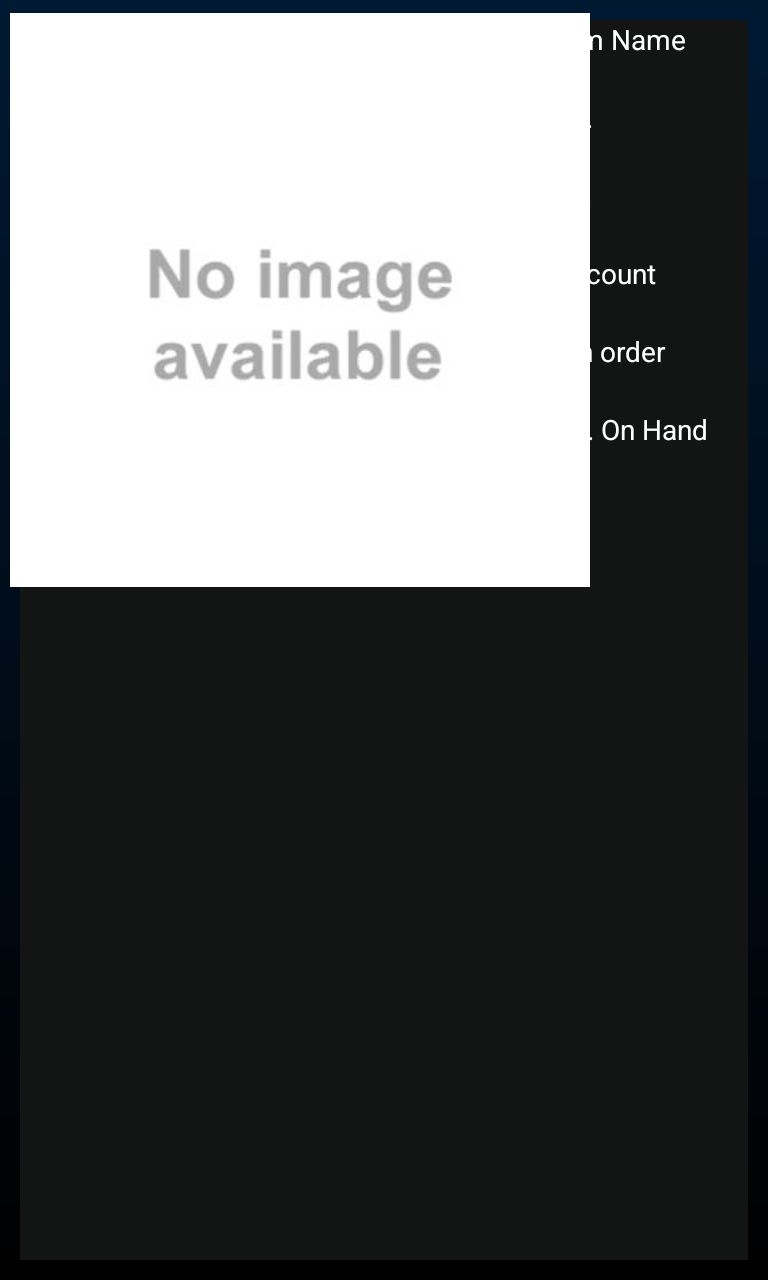
Repository: jasleen1291/B2BMobileApplication
Layout: Mobile E Commerce/B2B/res/layout/grid_item.xml
These files come from the project's save history. The layout is drawn as it stood at one moment and after the next save; the edit follows.
It is drawn on a 768 x 1280 px phone screen (xhdpi) without system bars, with theme mycustomtheme; the app's code is not run.

Above is the layout before, as saved 2013-05-24 08:45:29.

### Mobile E Commerce/B2B/res/layout/grid_item.xml
<?xml version="1.0" encoding="utf-8"?>
<RelativeLayout xmlns:android="http://schemas.android.com/apk/res/android"
    android:layout_width="match_parent"
    android:layout_height="match_parent"
    android:orientation="horizontal" >

    <ImageView
        android:id="@+id/imageView1"
        android:layout_width="300dp"
        android:layout_height="300dp"
        android:layout_gravity="left"
        android:contentDescription="@string/action_forgot_password"
        android:padding="5dp"
        android:src="@drawable/notavailable" />

    <TableLayout
        android:layout_width="wrap_content"
        android:layout_height="match_parent"
        android:layout_alignParentRight="true"
        android:layout_gravity="right"
        android:orientation="vertical"
        android:padding="0dp" >

        <TableRow
            android:id="@+id/TableRow4"
            android:layout_width="fill_parent"
            android:layout_height="wrap_content" >

            <TextView
                style="@style/titlebarstylesmall"
                android:layout_width="wrap_content"
                android:layout_height="wrap_content"
                android:padding="10dp"
                android:text="@string/itemname" />

            <TextView
                android:id="@+id/name"
                style="@style/titlebarstylesmall"
                android:layout_width="wrap_content"
                android:layout_height="wrap_content"
                android:padding="10dp"
                android:textIsSelectable="false" />
        </TableRow>

        <TableRow
            android:id="@+id/TableRow6"
            android:layout_width="fill_parent"
            android:layout_height="wrap_content" >

            <TextView
                style="@style/titlebarstylesmall"
                android:layout_width="wrap_content"
                android:layout_height="wrap_content"
                android:padding="10dp"
                android:text="@string/cp" />

            <TextView
                android:id="@+id/cp"
                style="@style/titlebarstylesmall"
                android:layout_width="wrap_content"
                android:layout_height="wrap_content"
                android:padding="10dp"
                android:textIsSelectable="false" />
        </TableRow>

        <TableRow
            android:id="@+id/TableRow1"
            android:layout_width="fill_parent"
            android:layout_height="wrap_content"
            android:layout_margin="0dp"
            android:focusable="false"
            android:paddingTop="0dp" >

            <TextView
                style="@style/titlebarstylesmall"
                android:layout_width="wrap_content"
                android:layout_height="wrap_content"
                android:padding="10dp"
                android:text="@string/sp" />

            <TextView
                android:id="@+id/sp"
                style="@style/titlebarstylesmall"
                android:layout_width="wrap_content"
                android:layout_height="wrap_content"
                android:padding="10dp"
                android:textIsSelectable="false" />
        </TableRow>

        <TableRow
            android:id="@+id/TableRow2"
            android:layout_width="fill_parent"
            android:layout_height="wrap_content" >

            <TextView
                style="@style/titlebarstylesmall"
                android:layout_width="wrap_content"
                android:layout_height="wrap_content"
                android:padding="10dp"
                android:text="@string/discount" />

            <TextView
                android:id="@+id/discount"
                style="@style/titlebarstylesmall"
                android:layout_width="wrap_content"
                android:layout_height="wrap_content"
                android:padding="10dp"
                android:textIsSelectable="false" />
        </TableRow>

        <TableRow
            android:id="@+id/TableRow3"
            android:layout_width="fill_parent"
            android:layout_height="wrap_content" >

            <TextView
                style="@style/titlebarstylesmall"
                android:layout_width="wrap_content"
                android:layout_height="wrap_content"
                android:padding="10dp"
                android:text="@string/minorder" />

            <TextView
                android:id="@+id/minorder"
                style="@style/titlebarstylesmall"
                android:layout_width="wrap_content"
                android:layout_height="wrap_content"
                android:padding="10dp"
                android:textIsSelectable="false" />
        </TableRow>

        <TableRow
            android:layout_width="fill_parent"
            android:layout_height="wrap_content" >

            <TextView
                style="@style/titlebarstylesmall"
                android:layout_width="wrap_content"
                android:layout_height="wrap_content"
                android:padding="10dp"
                android:text="@string/qtyonhand" />

            <TextView
                android:id="@+id/qtyonhand"
                style="@style/titlebarstylesmall"
                android:layout_width="wrap_content"
                android:layout_height="wrap_content"
                android:padding="10dp"
                android:textIsSelectable="false" />
        </TableRow>
    </TableLayout>

</RelativeLayout>

### Mobile E Commerce/B2B/res/values/mycustomtheme.xml
<?xml version="1.0" encoding="utf-8"?>
<resources xmlns:android="http://schemas.android.com/apk/res/android">
    <style name="mycustomtheme" parent="@android:style/Theme.NoTitleBar.Fullscreen">
        <item name="android:windowBackground">@drawable/mybg</item>
       	<item name="android:textColor">#0066cc</item>
       	<item name="android:textColorHint">#51BFE2</item>
    </style>

</resources>

### Mobile E Commerce/B2B/res/drawable/mybg.xml
<?xml version="1.0" encoding="utf-8"?>
<layer-list  xmlns:android="http://schemas.android.com/apk/res/android">
    <item>
<shape android:shape="rectangle">



        <gradient android:startColor="#001933"  android:endColor="#000" android:angle="270"/>


</shape>
</item>
<item android:left="10dp" android:top="10dp" android:right="10dp" android:bottom="10dp">

<shape android:shape="rectangle">



        <solid android:color="#131414"></solid>


</shape>
</item>
</layer-list>

### Mobile E Commerce/B2B/res/values/strings_activity_login.xml
<resources>

    <string name="title_activity_login">Sign in</string>

    <!-- Strings related to login -->
    <string name="prompt_email">Username</string>
    <string name="prompt_password">Password</string>
    <string name="action_sign_in_register"><b>Sign in</b> or register</string>
    <string name="action_sign_in_short">Sign in</string>
    <string name="action_forgot_password">Recover lost password</string>
    <string name="login_progress_signing_in">Signing in&#8230;</string>
    <string name="error_invalid_email">This email address is invalid</string>
    <string name="error_invalid_password">This password is too short</string>
    <string name="error_incorrect_password">This password is incorrect</string>
    <string name="error_field_required">This field is required</string>
    <string name="login">Login</string>

</resources>

### Mobile E Commerce/B2B/res/values/styles.xml
<?xml version="1.0" encoding="utf-8"?>
<resources xmlns:android="http://schemas.android.com/apk/res/android">

    <!--
        Base application theme, dependent on API level. This theme is replaced
        by AppBaseTheme from res/values-vXX/styles.xml on newer devices.

    -->
    <style name="AppBaseTheme" parent="android:Theme.Light">
        <!--
            Theme customizations available in newer API levels can go in
            res/values-vXX/styles.xml, while customizations related to
            backward-compatibility can go here.

        -->
    </style>

    <!-- Application theme. -->
    <style name="AppTheme" parent="AppBaseTheme">
        <!-- All customizations that are NOT specific to a particular API-level can go here. -->
    </style>

    <style name="LoginFormContainer">
        <item name="android:layout_width">match_parent</item>
        <item name="android:layout_height">wrap_content</item>
        <item name="android:padding">16dp</item>
    </style>
    <style name="TextViewStyle">
        <item name="android:layout_width">wrap_content</item>
        <item name="android:layout_height">wrap_content</item>
        <item name="android:gravity">right</item>
        <item name="android:textSize">14sp</item>
        <item name="android:textColor">#0066cc</item>
        <item name="android:layout_margin">5dp</item>
    </style>
	<style name="EditTextStyle">
        <item name="android:layout_width">match_parent</item>
        <item name="android:layout_height">wrap_content</item>
        <item name="android:textSize">16sp</item>
        <item name="android:textColor">#0066cc</item>

        <item name="android:layout_marginLeft">16dp</item>
        <item name="android:layout_marginRight">16dp</item>
        <item name="android:layout_marginTop">5dp</item>
        <item name="android:background">@drawable/textview_border</item>
    </style>
	<style name="SpinnerStyle">
        <item name="android:layout_width">match_parent</item>
        <item name="android:layout_height">wrap_content</item>
        <item name="android:textSize">16sp</item>
        <item name="android:textColor">#0066cc</item>

        <item name="android:layout_marginLeft">16dp</item>
        <item name="android:layout_marginRight">16dp</item>
        <item name="android:layout_marginTop">5dp</item>

    </style>
	<style name="titlebarstyle">
	    <item name="android:layout_marginBottom">10dp</item>
        <item name="android:layout_width">match_parent</item>
        <item name="android:layout_height">wrap_content</item>
        <item name="android:background">@drawable/titlebar</item>
        <item name="android:textColor">@android:color/white</item>
        <item name="android:textAppearance">?android:attr/textAppearanceLarge</item>
	</style>
	<style name="titlebarstylesmall">

        <item name="android:layout_width">match_parent</item>
        <item name="android:layout_height">wrap_content</item>

        <item name="android:textColor">@android:color/white</item>

	</style>
</resources>

### Mobile E Commerce/B2B/res/values/strings.xml
<?xml version="1.0" encoding="utf-8"?>
<resources>

    <string name="app_name">B2B</string>
    <string name="action_settings">Settings</string>
    <string name="hello_world">Hello world!</string>
    <string name="Loading">Loading&#8230;&#8230;&#8230;</string>
    <string name="title_activity_sign_up">Sign Up</string>

    <string-array name="signUpAsArray">
        <item>Customer</item>
        <item>Retailer</item>
        <item>Supplier</item>
    </string-array>

    <string name="title_activity_registeration">RegisterationActivity</string>
    <string name="title_activity_customer_area">CustomerArea</string>
    <string name="welcome">Welcome</string>
    <string name="title_activity_admin_area">Admin_area</string>
    <string name="general_complaint_fragment">General Complaint</string>
    <string name="hello_blank_fragment">Hello blank fragment</string>
    <string name="general_complaint">General Complaint</string>
    <string name="respond">Respond</string>
    <string name="submit">Submit</string>
    <string name="addcategory">Parent Category</string>
    <string name="categoryhint">Category</string>
    <string name="AddParentCategory">Add super category</string>
    <string name="complaintAbout">Complaint About</string>
    <string name="complainFrom">Complaint From</string>
    <string name="itemComplaint">Complaints about Items</string>
    <string name="shopComplaint">Complaint about shop</string>
    <string name="generalNotification">General Notification</string>
    <string name="urgentNotification">Urgent Notification</string>
    <string name="title">Title</string>
    <string name="message">Message</string>
    <string name="markAll">Mark all</string>
    <string name="advertisementPricing">Advertisement Pricing</string>
    <string name="desc">Description</string>
    <string name="days">No of days</string>
    <string name="cost">Cost</string>
    <string name="size">Size of advertisement</string>
    <string name="type">Type</string>
    <string name="fine">Fine</string>
    <string name="pickCategory">Pick a Category</string>

    <string-array name="typeArray">
        <item>Retailer</item>
        <item>Supplier</item>
    </string-array>

    <string name="update">Update</string>
    <string name="delete">Delete</string>
    <string name="view_advertisement">View Advertisements</string>
    <string name="noofcategories">No of Categories</string>
    <string name="shoppricing">Shop Pricing</string>
    <string name="view_fine_pricing">View Fine Pricing</string>
    <string name="shop_pricing">Shop Pricing</string>
    <string name="subCategory">Add Sub Category</string>
    <string name="addshop">Add Shop</string>
    <string name="title_activity_pay_fine">Pay Fine</string>
    <string name="finetitle">Your account has been suspended by the admin. Pay fine to continue using this applciation.</string>
    <string name="fineabc">Your payment has been received. Your account will now be restored. Please wait few minutes</string>
    <string name="title_activity_retailer_area">Retailer_area</string>
    <string name="title_activity_first_time_login">FirstTimeLogin</string>
    <string name="EditMyCategories">Edit My Categories</string>
    <string name="addnewitem">Add New Item</string>
    <string name="itemname">Item Name</string>
    <string name="longdescription">Long Description</string>
    <string name="qtyperunit">Qty Per unit</string>
    <string name="unit_of_measurement">Unit of Measurement</string>
    <string name="shopName">Shop Name</string>
    <string name="description">Description</string>
    <string name="categoriesAllowed">No of categories allowed</string>
    <string name="itemsSelling">No of Items Selling</string>
    <string name="itemsAvailable">No of Items not Selling</string>
    <string name="expirydate">Expiry Date</string>
    <string name="paymentEmail">Payment Email</string>
    <string name="selectcategory">Select a Category</string>
    <string name="clicktochange">Click On Image To Change It</string>
    <string name="cp">C.P.</string>
    <string name="sp">S.P.</string>
    <string name="minorder">Min order</string>
    <string name="discount">Discount</string>
    <string name="qtyonorder">Qty. On Order</string>
    <string name="qtyonhand">Qty. On Hand</string>
    <string name="qty">Qty.</string>
    <string name="viewdetails">View Details</string>

</resources>

After the next save:
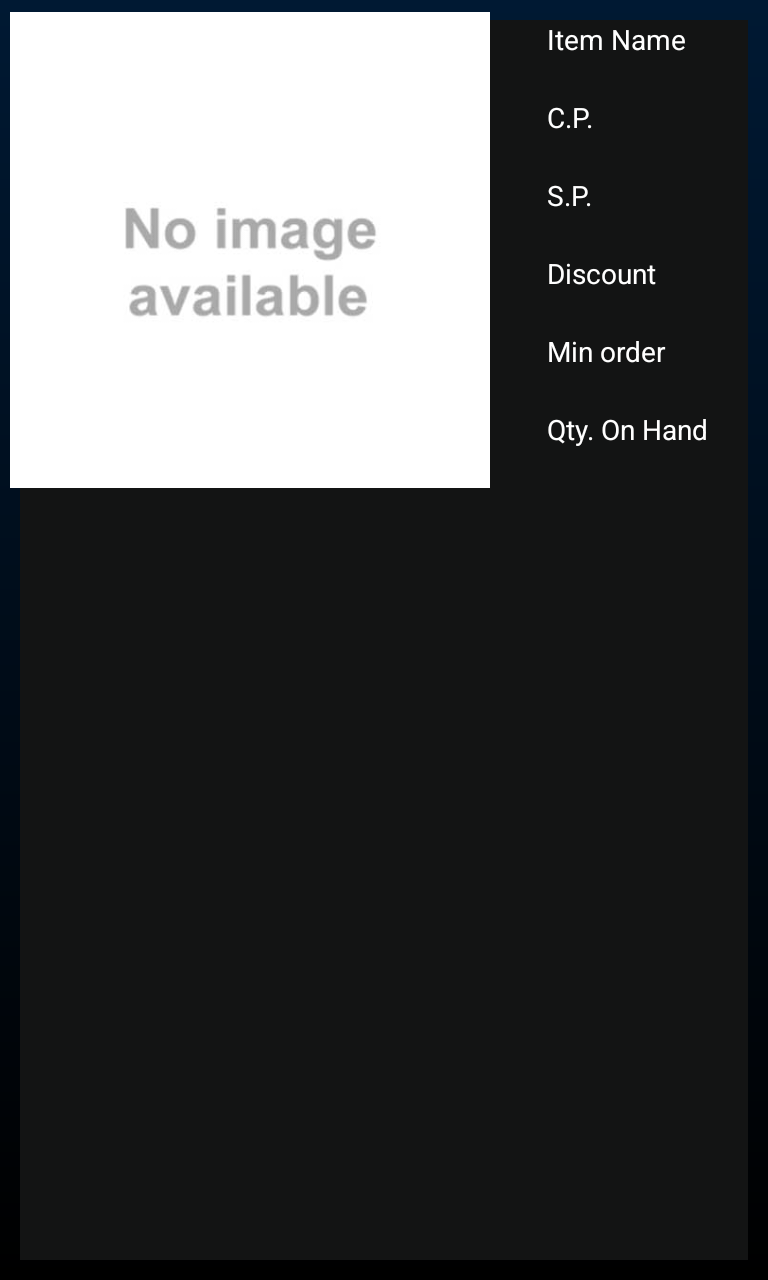
Saved 9 s later.
--- a/Mobile E Commerce/B2B/res/layout/grid_item.xml
+++ b/Mobile E Commerce/B2B/res/layout/grid_item.xml
@@ -6,8 +6,8 @@
 
     <ImageView
         android:id="@+id/imageView1"
-        android:layout_width="300dp"
-        android:layout_height="300dp"
+        android:layout_width="250dp"
+        android:layout_height="250dp"
         android:layout_gravity="left"
         android:contentDescription="@string/action_forgot_password"
         android:padding="5dp"
